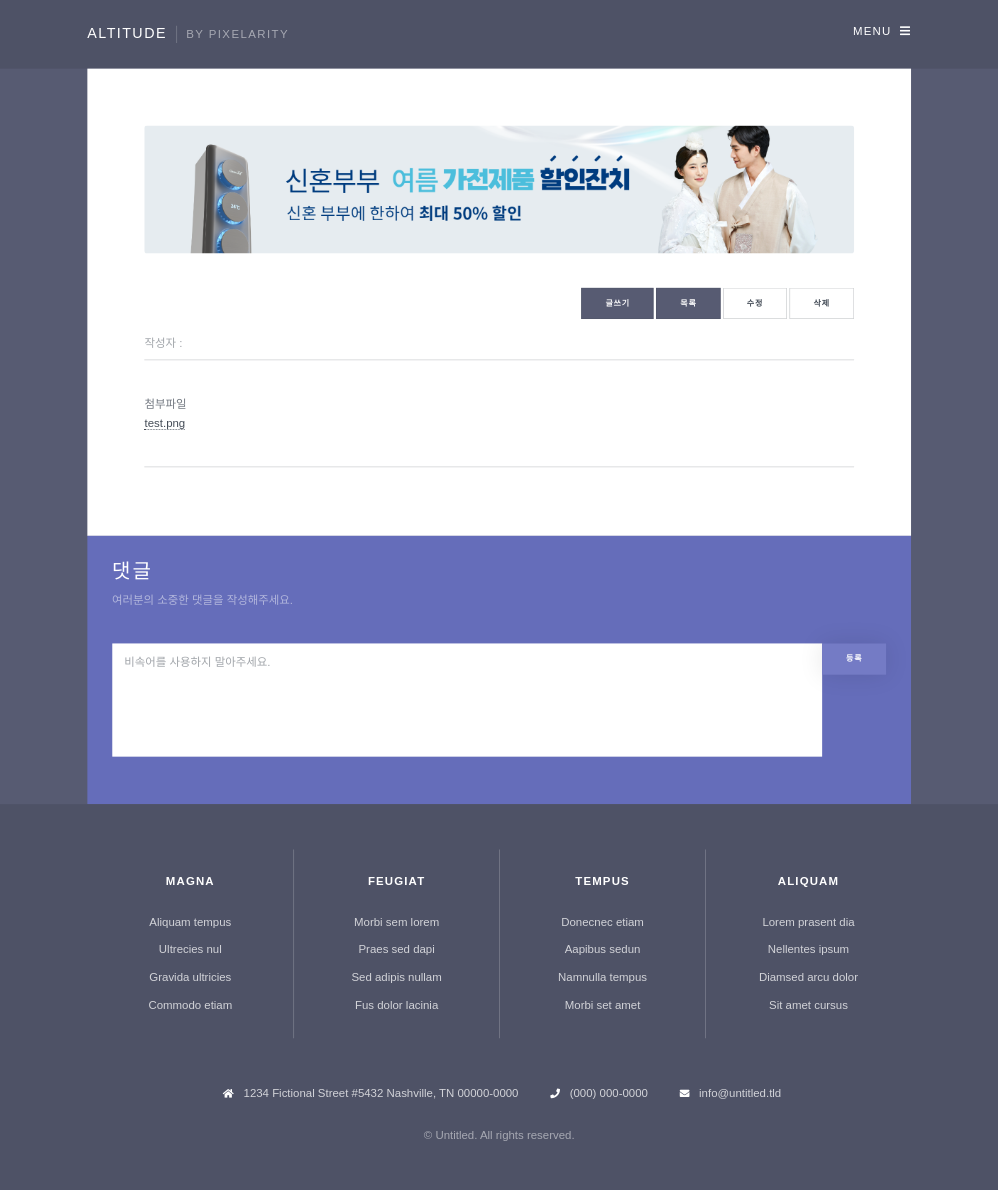
Repository: kkkukkk/Study-JSP
Page: http://localhost/boardMVC/app/board/boardDetail.jsp
These files come from the project's save history. The page is drawn as it stood at one moment and after the next save; the edit follows.
The browser window is 1280 px wide. The pictures show the whole page, at 78% of full size.
Some web fonts or font styles are not loaded; a fallback is used. The page is served by Tomcat 9.

Above is the page before, as saved 2022-02-24 06:30:53.

After the next save:
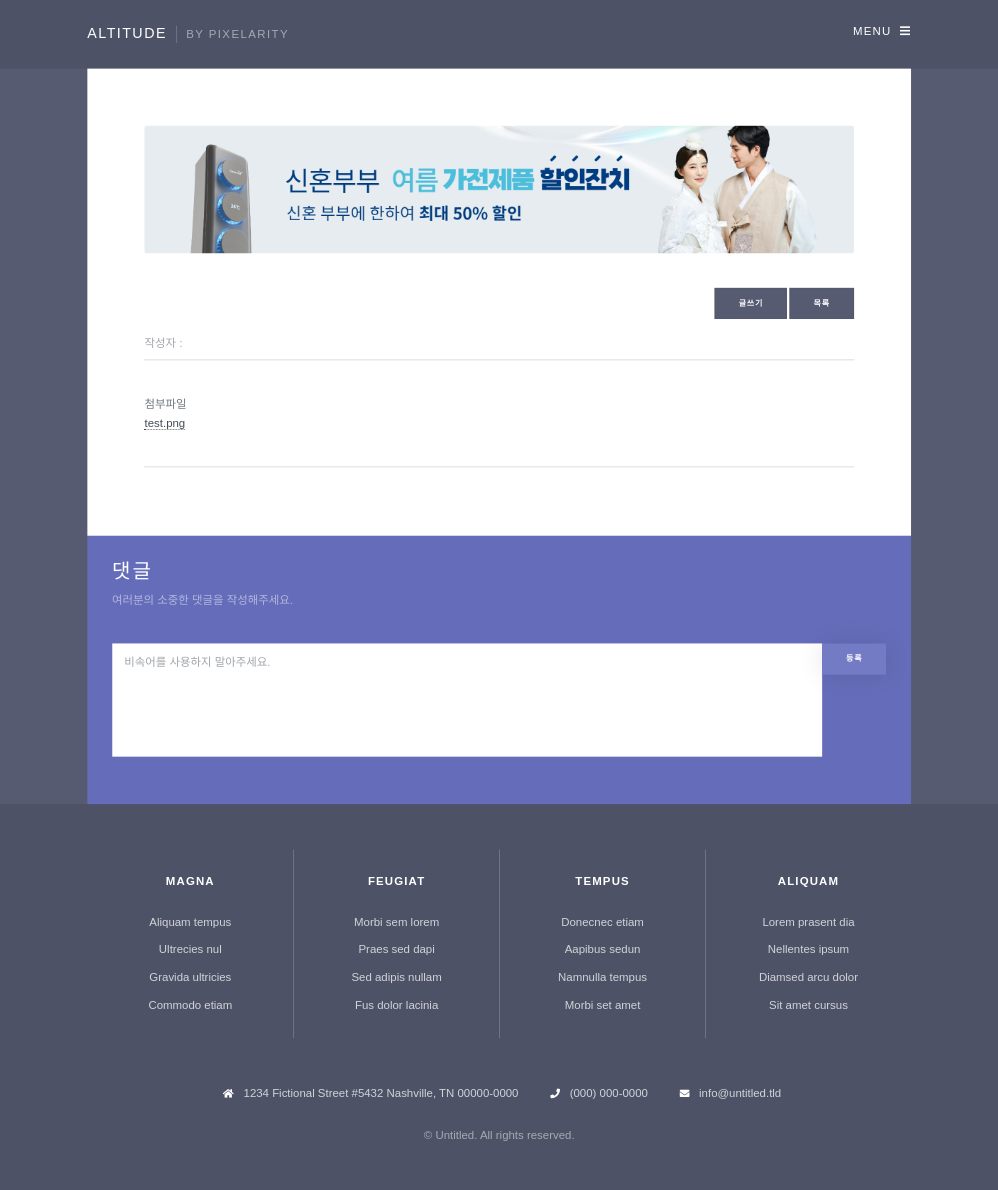
Saved 8 min 29 s later.
--- a/workspace/boardMVC/WebContent/app/board/boardDetail.jsp
+++ b/workspace/boardMVC/WebContent/app/board/boardDetail.jsp
@@ -66,8 +66,10 @@
                            <ul class="actions" style="display:flex; justify-content:flex-end;">
                               <li><input type="button" value="글쓰기" class="primary" onclick="location.href = '${pageContext.request.contextPath}/board/BoardWrite.bo'"/></li>
                               <li><input type="button" value="목록" class="primary" onclick="location.href = '${pageContext.request.contextPath}/board/BoardListOk.bo'"/></li>
-                              <li><input type="button" value="수정" onclick="location.href = '${pageContext.request.contextPath}'"/></li>
-                              <li><input type="button" value="삭제" onclick="location.href = '${pageContext.request.contextPath}'"/></li>
+                              <c:if test="">
+	                              <li><input type="button" value="수정" onclick="location.href = '${pageContext.request.contextPath}'"/></li>
+	                              <li><input type="button" value="삭제" onclick="location.href = '${pageContext.request.contextPath}'"/></li>
+	                          </c:if>
                            </ul>
                         </div>
                         <header class="major">

After the save that followed:
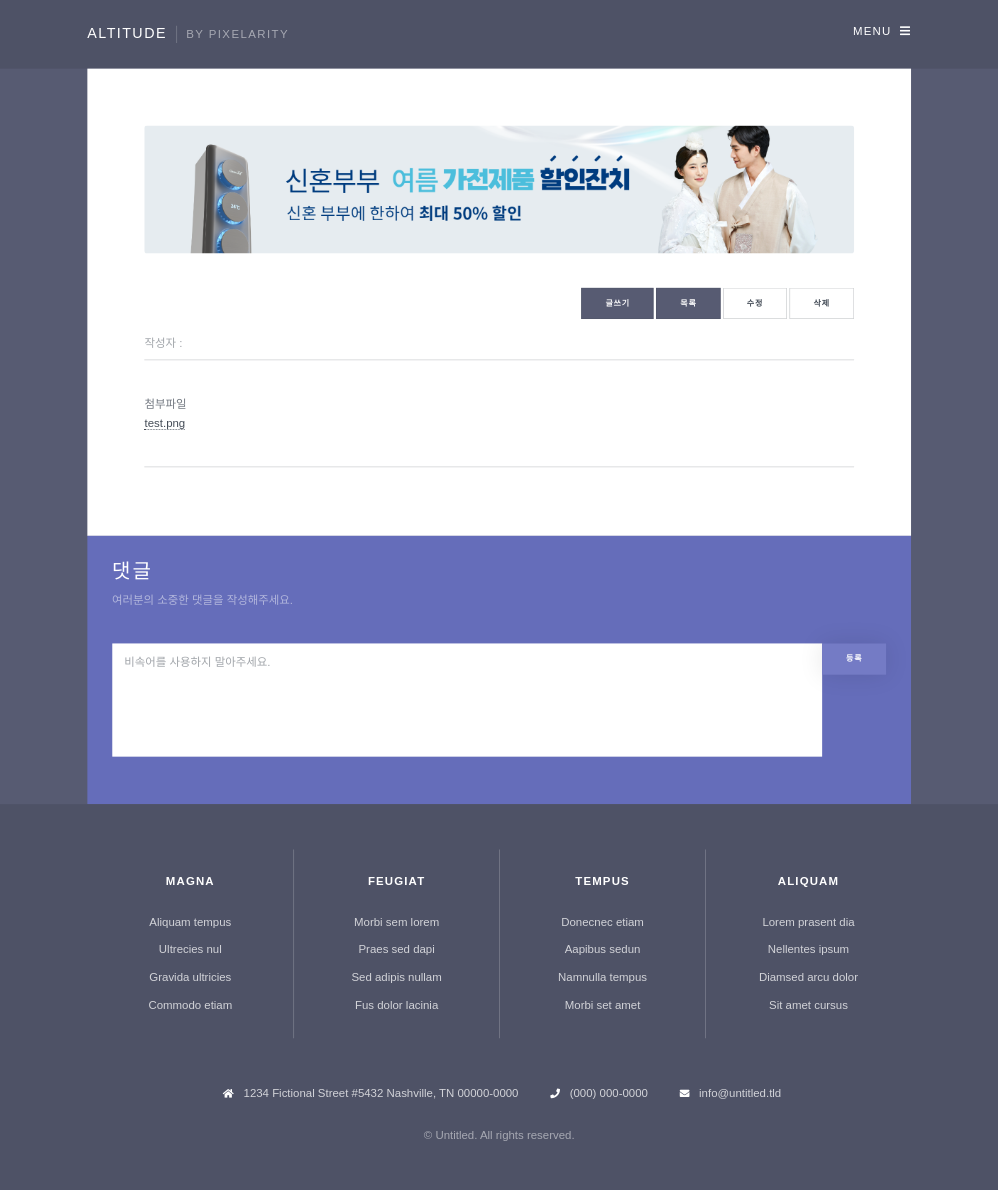
Saved 3 min 23 s later.
--- a/workspace/boardMVC/WebContent/app/board/boardDetail.jsp
+++ b/workspace/boardMVC/WebContent/app/board/boardDetail.jsp
@@ -66,7 +66,7 @@
                            <ul class="actions" style="display:flex; justify-content:flex-end;">
                               <li><input type="button" value="글쓰기" class="primary" onclick="location.href = '${pageContext.request.contextPath}/board/BoardWrite.bo'"/></li>
                               <li><input type="button" value="목록" class="primary" onclick="location.href = '${pageContext.request.contextPath}/board/BoardListOk.bo'"/></li>
-                              <c:if test="">
+                              <c:if test="${memberNumber eq board.getMemberNumber()}">
 	                              <li><input type="button" value="수정" onclick="location.href = '${pageContext.request.contextPath}'"/></li>
 	                              <li><input type="button" value="삭제" onclick="location.href = '${pageContext.request.contextPath}'"/></li>
 	                          </c:if>
